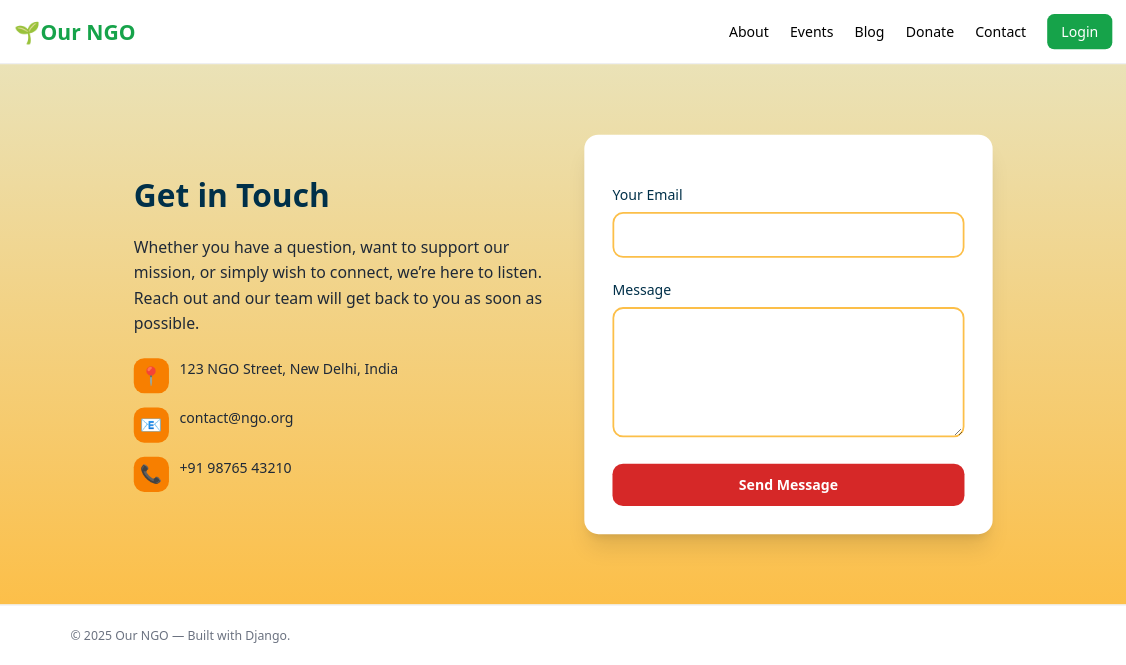
Repository: falak346/OUR-NGO
Page: http://localhost/contact/
The author's editor kept a copy of each file at every save. The page is drawn from the files as they stood at one save, then again after the next save.
The browser window is 1280 px wide. The pictures show the whole page, at 88% of full size.
Some web libraries are served in a nearby version. The page is served by the project's application, run on Django 5.2 (ngo_site/manage.py).

Above is the page before, as saved 2025-11-17 01:05:01.

After the next save:
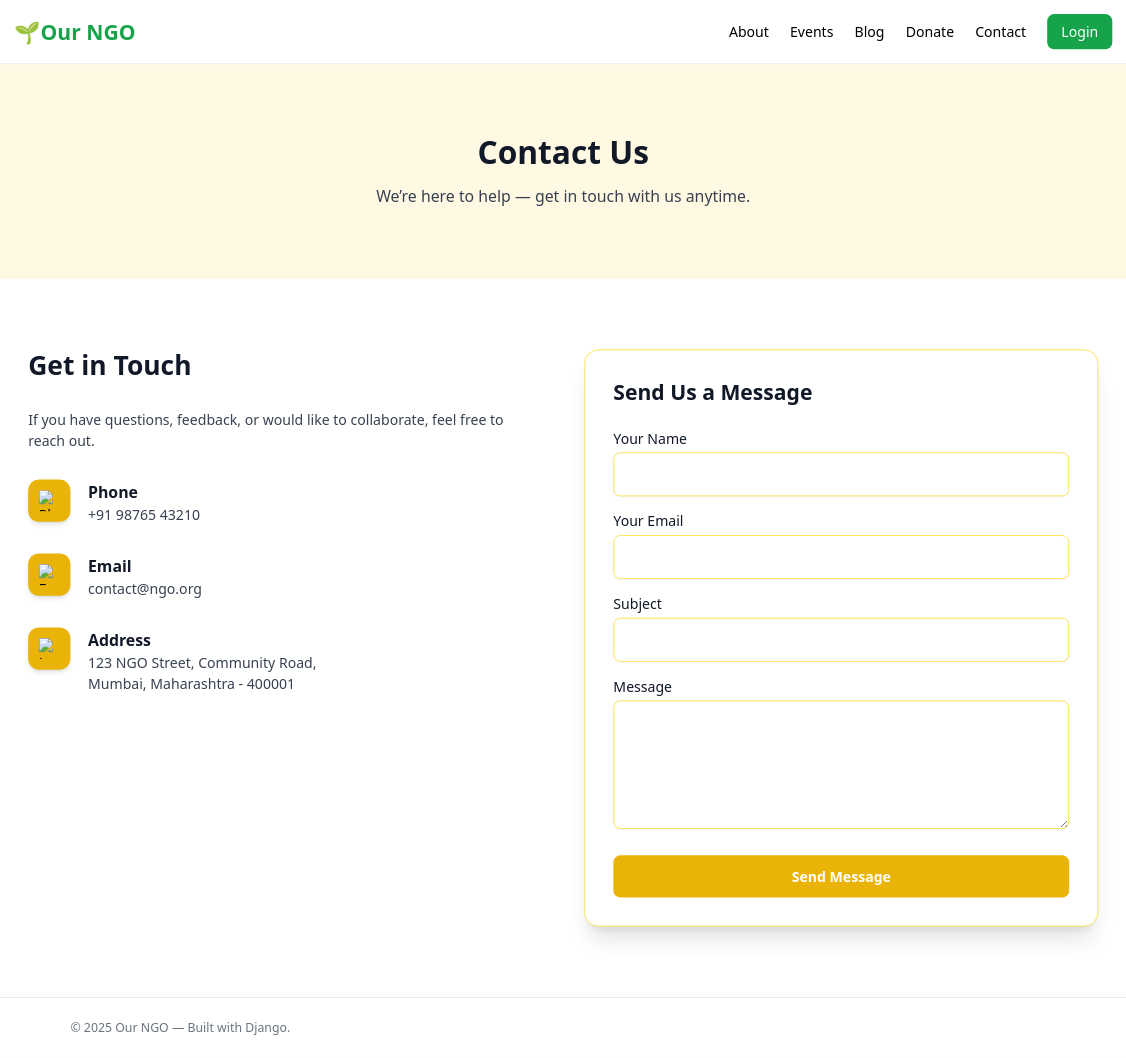
Not found: static/assets/icons/location.svg
Not found: static/assets/icons/mail.svg
Not found: static/assets/icons/phone.svg
Saved 2 min 6 s later.
--- a/ngo_site/ngo_site/templates/contact.html
+++ b/ngo_site/ngo_site/templates/contact.html
@@ -1,56 +1,103 @@
-{% extends "base.html" %}
-{% block title %}Contact — NGO{% endblock %}
+{% extends 'base.html' %}
+{% load static %}
+
 {% block content %}
-<section class="w-full bg-gradient-to-b from-[#EAE2B7] to-[#FCBF49] py-20">
-  <div class="max-w-5xl mx-auto px-6 grid md:grid-cols-2 gap-12 items-center">
 
-    <!-- Left: Text -->
-    <div class="space-y-6">
-      <h1 class="text-4xl font-extrabold text-[#003049]">Get in Touch</h1>
-      <p class="text-lg text-gray-800 leading-relaxed">
-        Whether you have a question, want to support our mission, or simply wish to connect,
-        we’re here to listen. Reach out and our team will get back to you as soon as possible.
-      </p>
+<!-- Hero Section -->
+<section class="py-20 bg-[#FFF8E2]">
+    <div class="max-w-7xl mx-auto px-6 lg:px-8 text-center">
+        <h1 class="text-4xl font-bold text-gray-900">Contact Us</h1>
+        <p class="mt-4 text-lg text-gray-700">We’re here to help — get in touch with us anytime.</p>
+    </div>
+</section>
 
-      <div class="space-y-4">
-        <div class="flex items-start space-x-3">
-          <span class="w-10 h-10 rounded-xl bg-[#F77F00] flex items-center justify-center text-white text-xl">📍</span>
-          <p class="text-gray-800">123 NGO Street, New Delhi, India</p>
-        </div>
-        <div class="flex items-start space-x-3">
-          <span class="w-10 h-10 rounded-xl bg-[#F77F00] flex items-center justify-center text-white text-xl">📧</span>
-          <p class="text-gray-800">contact@ngo.org</p>
-        </div>
-        <div class="flex items-start space-x-3">
-          <span class="w-10 h-10 rounded-xl bg-[#F77F00] flex items-center justify-center text-white text-xl">📞</span>
-          <p class="text-gray-800">+91 98765 43210</p>
-        </div>
-      </div>
-    </div>
+<!-- Contact Section -->
+<section class="py-20 bg-white">
+    <div class="max-w-7xl mx-auto px-6 lg:px-8 grid grid-cols-1 lg:grid-cols-2 gap-12">
 
-    <!-- Right: Form -->
-    <div class="bg-white rounded-2xl shadow-xl p-8">
-      <form method="post" class="space-y-6">
-        {% csrf_token %}
+        <!-- Contact Info -->
+        <div class="space-y-8">
+            <h2 class="text-3xl font-bold text-gray-900">Get in Touch</h2>
+            <p class="text-gray-700">
+                If you have questions, feedback, or would like to collaborate, feel free to reach out.
+            </p>
 
-        <div>
-          <label class="block mb-2 font-medium text-[#003049]">Your Email</label>
-          <input name="email" type="email" required class="w-full border-2 border-[#FCBF49] rounded-xl px-4 py-3 focus:outline-none focus:border-[#F77F00]" />
+            <!-- Phone -->
+            <div class="flex items-start space-x-5">
+                <div class="w-12 h-12 rounded-xl bg-yellow-500 flex items-center justify-center shadow-md">
+                    <img src="{% static 'assets/icons/phone.svg' %}" class="w-6 h-6" alt="Phone">
+                </div>
+                <div>
+                    <h3 class="font-semibold text-gray-900 text-lg">Phone</h3>
+                    <p class="text-gray-700">+91 98765 43210</p>
+                </div>
+            </div>
+
+            <!-- Email -->
+            <div class="flex items-start space-x-5">
+                <div class="w-12 h-12 rounded-xl bg-yellow-500 flex items-center justify-center shadow-md">
+                    <img src="{% static 'assets/icons/mail.svg' %}" class="w-6 h-6" alt="Email">
+                </div>
+                <div>
+                    <h3 class="font-semibold text-gray-900 text-lg">Email</h3>
+                    <p class="text-gray-700">contact@ngo.org</p>
+                </div>
+            </div>
+
+            <!-- Location -->
+            <div class="flex items-start space-x-5">
+                <div class="w-12 h-12 rounded-xl bg-yellow-500 flex items-center justify-center shadow-md">
+                    <img src="{% static 'assets/icons/location.svg' %}" class="w-6 h-6" alt="Location">
+                </div>
+                <div>
+                    <h3 class="font-semibold text-gray-900 text-lg">Address</h3>
+                    <p class="text-gray-700">
+                        123 NGO Street, Community Road,<br>
+                        Mumbai, Maharashtra - 400001
+                    </p>
+                </div>
+            </div>
         </div>
 
-        <div>
-          <label class="block mb-2 font-medium text-[#003049]">Message</label>
-          <textarea name="message" rows="5" required class="w-full border-2 border-[#FCBF49] rounded-xl px-4 py-3 focus:outline-none focus:border-[#F77F00]"></textarea>
+        <!-- Contact Form -->
+        <div class="bg-white shadow-xl rounded-2xl p-8 border border-yellow-300">
+            <h2 class="text-2xl font-bold text-gray-900 mb-6">Send Us a Message</h2>
+
+            <form method="POST">
+                {% csrf_token %}
+
+                <div class="mb-4">
+                    <label class="block text-gray-900 font-medium mb-1">Your Name</label>
+                    <input type="text" name="name" required
+                        class="w-full px-4 py-3 rounded-lg border border-yellow-300 focus:border-yellow-500 outline-none bg-white text-gray-900 shadow-sm">
+                </div>
+
+                <div class="mb-4">
+                    <label class="block text-gray-900 font-medium mb-1">Your Email</label>
+                    <input type="email" name="email" required
+                        class="w-full px-4 py-3 rounded-lg border border-yellow-300 focus:border-yellow-500 outline-none bg-white text-gray-900 shadow-sm">
+                </div>
+
+                <div class="mb-4">
+                    <label class="block text-gray-900 font-medium mb-1">Subject</label>
+                    <input type="text" name="subject" required
+                        class="w-full px-4 py-3 rounded-lg border border-yellow-300 focus:border-yellow-500 outline-none bg-white text-gray-900 shadow-sm">
+                </div>
+
+                <div class="mb-6">
+                    <label class="block text-gray-900 font-medium mb-1">Message</label>
+                    <textarea name="message" rows="5" required
+                        class="w-full px-4 py-3 rounded-lg border border-yellow-300 focus:border-yellow-500 outline-none bg-white text-gray-900 shadow-sm"></textarea>
+                </div>
+
+                <button type="submit"
+                    class="w-full bg-yellow-500 text-white font-semibold py-3 rounded-lg hover:bg-yellow-600 transition">
+                    Send Message
+                </button>
+            </form>
         </div>
 
-        <button class="w-full py-3 rounded-xl bg-[#D62828] text-white font-semibold hover:bg-[#F77F00] transition">Send Message</button>
+    </div>
+</section>
 
-        {% if sent %}
-          <p class="text-green-600 text-center">Thanks! We'll get back to you.</p>
-        {% endif %}
-      </form>
-    </div>
-
-  </div>
-</section>
 {% endblock %}
